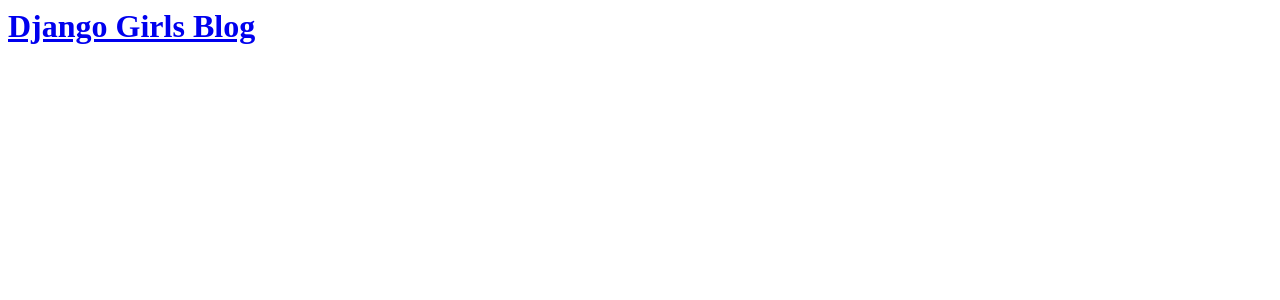
Repository: hira837/my-django-girls-app
Page: http://localhost/
An editor plug-in stored every save of this project. The page is shown before and after the next save, followed by the edit.
The browser window is 1280 px wide. The pictures show the whole page.
Some web libraries are served in a nearby version. The page is served by the project's application, run on Django 2.2 (manage.py). Other server files are loaded and not shown. Queries for data that is not in the repository find no rows.

Above is the page before, as saved 2019-11-30 16:51:48.

### blog/templates/blog/post_list.html
<html>
  <head>
    <title>Django Girls blog</title>
  </head>

  <body>
    <div>
      <h1><a href="/">Django Girls Blog</a></h1>
    </div>

    {% for post in posts %}
    <div>
      <p>published: {{ post.published_date }}</p>
      <h2><a href="">{{ post.title }}</a></h2>
      <p>{{ post.text|linebreaksbr }}</p>
    </div>
    {% endfor %}
  </body>
</html>

Loaded but not shown: blog/views.py (common file); mysite/urls.py (common file); blog/urls.py (common file)

After the next save:
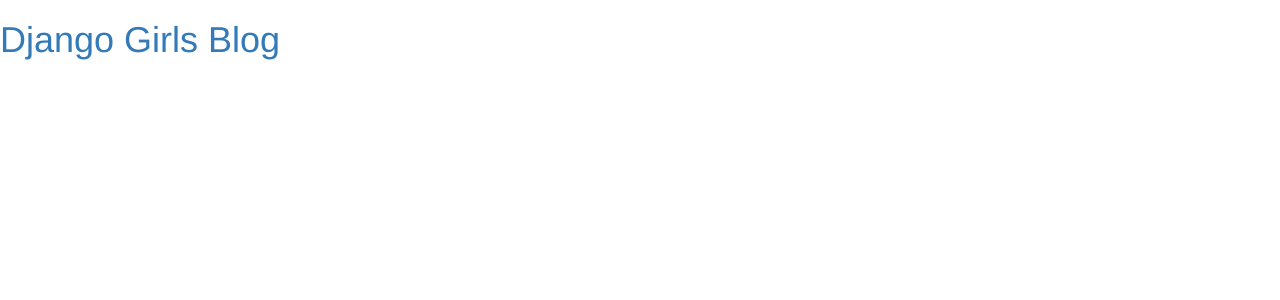
Saved 109 min 47 s later.
--- a/blog/templates/blog/post_list.html
+++ b/blog/templates/blog/post_list.html
@@ -1,6 +1,14 @@
 <html>
   <head>
     <title>Django Girls blog</title>
+    <link
+      rel="stylesheet"
+      href="//maxcdn.bootstrapcdn.com/bootstrap/3.2.0/css/bootstrap.min.css"
+    />
+    <link
+      rel="stylesheet"
+      href="//maxcdn.bootstrapcdn.com/bootstrap/3.2.0/css/bootstrap-theme.min.css"
+    />
   </head>
 
   <body>
